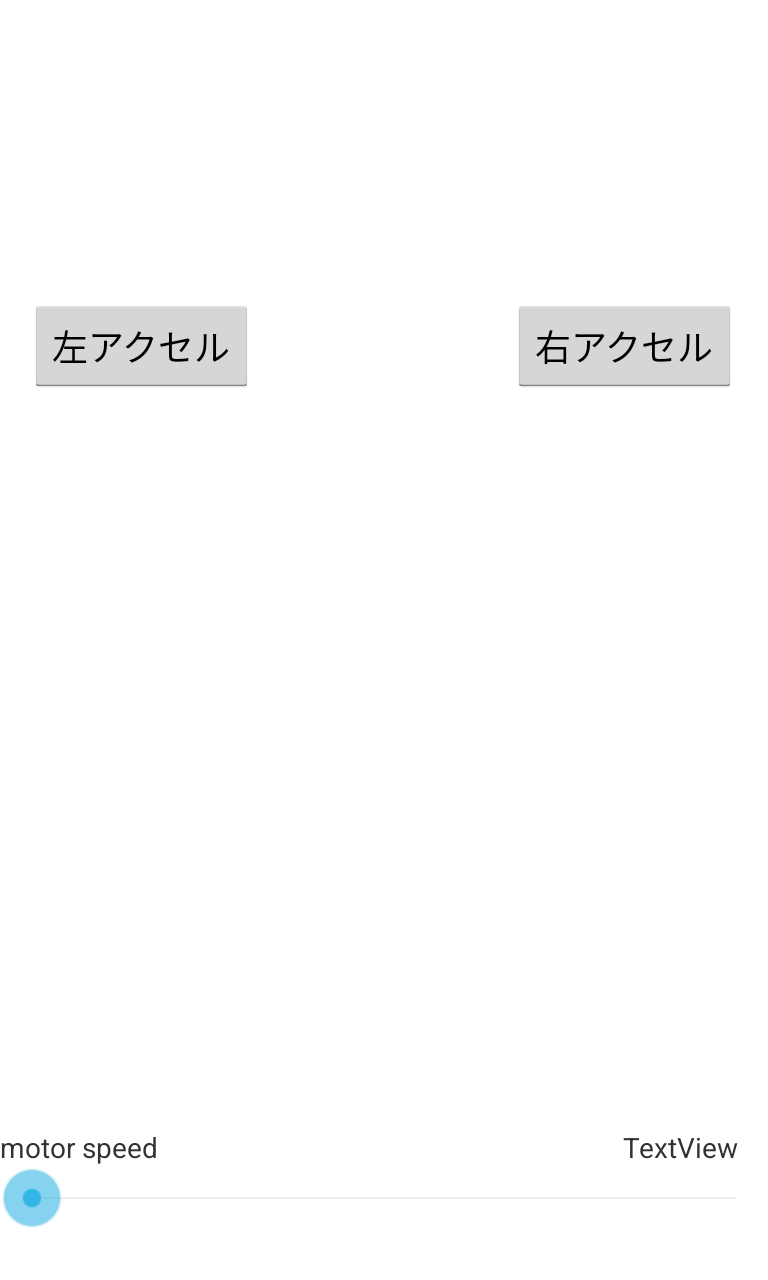
Repository: takugoto/2WD-car
Layout: workspace/2WDcar/res/layout/activity_main.xml
The author's editor kept a copy of each file at every save. The layout is drawn from the files as they stood at one save, then again after the next save.
It is drawn on a 768 x 1280 px phone screen (xhdpi) without system bars, with theme AppTheme; the app's code is not run.

Above is the layout before, as saved 2012-11-29 07:17:11.

After the next save:
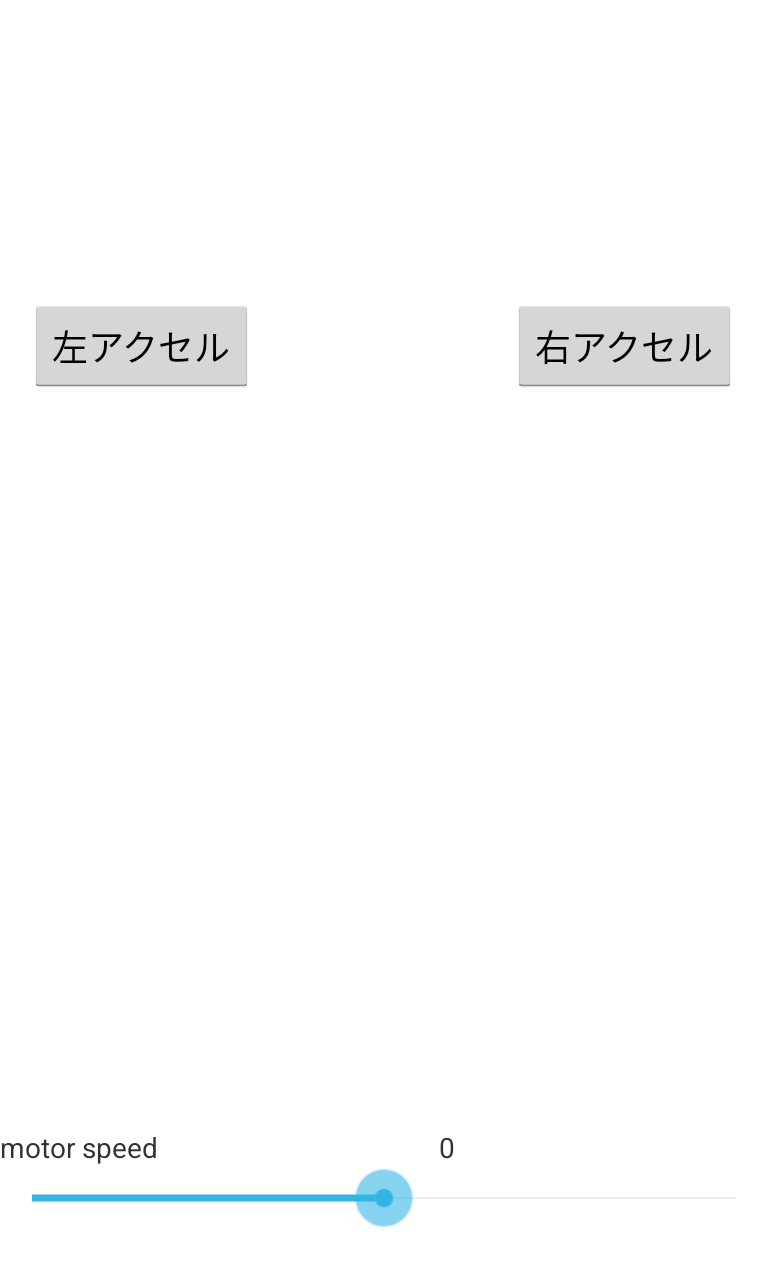
Saved 50 min 58 s later.
--- a/workspace/2WDcar/res/layout/activity_main.xml
+++ b/workspace/2WDcar/res/layout/activity_main.xml
@@ -11,7 +11,7 @@
         android:layout_alignParentLeft="true"
         android:layout_marginBottom="25dp"
         android:max="100"
-        android:progress="0" />
+        android:progress="50" />
 
     <Button
         android:id="@+id/button1"
@@ -38,8 +38,8 @@
         android:layout_width="wrap_content"
         android:layout_height="wrap_content"
         android:layout_above="@+id/seekBar1"
-        android:layout_alignRight="@+id/button3"
-        android:text="TextView" />
+        android:layout_toLeftOf="@+id/button3"
+        android:text="0        " />
 
     <TextView
         android:id="@+id/textView1"
